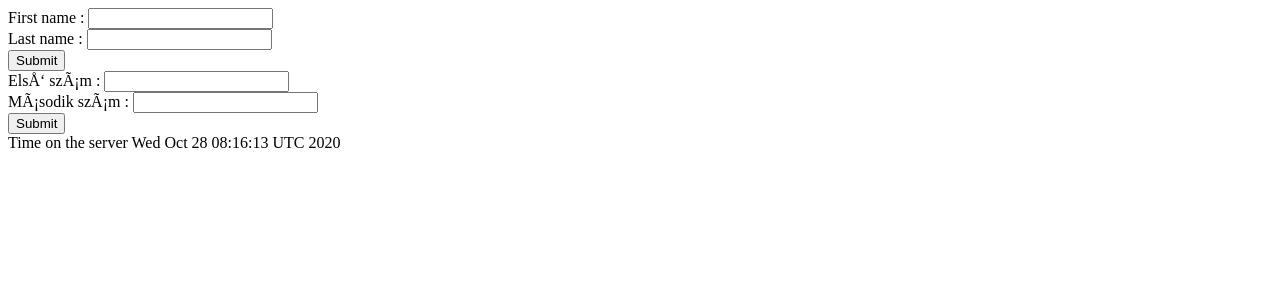
Repository: Gyepike/JSP
Page: http://localhost/JSPDemo/Student-form.jsp
The author's editor kept a copy of each file at every save. The page is drawn from the files as they stood at one save, then again after the next save.
The browser window is 1280 px wide. The pictures show the whole page.
The page is served by Tomcat 9. Other server files are loaded and not shown.

Above is the page before, as saved 2020-10-29 10:24:10.

### JSPDemo/WebContent/Student-form.jsp
<%@ page language="java" contentType="text/html "%>
<!DOCTYPE html>
<html>
<head>
<meta charset="utf-8">
<title>Insert title here</title>
</head>

  <body>
     <form action="Studentk" method="GET">
       First name : <input type="text" name="firstName">
       <br/>
       Last name : <input type="text" name="lastName">
       <br/>

       <input type="submit" value="Submit">
     </form>


     <form action="StudentServlet" method="GET">
       Első szám : <input type="text" name="firstNumber">
       <br/>
       Második szám : <input type="text" name="secondNumber">
       <br/>

       <input type="submit" value="Submit">
     </form>

     Time on the server <%= new java.util.Date() %>
  </body>
<html>

After the next save:
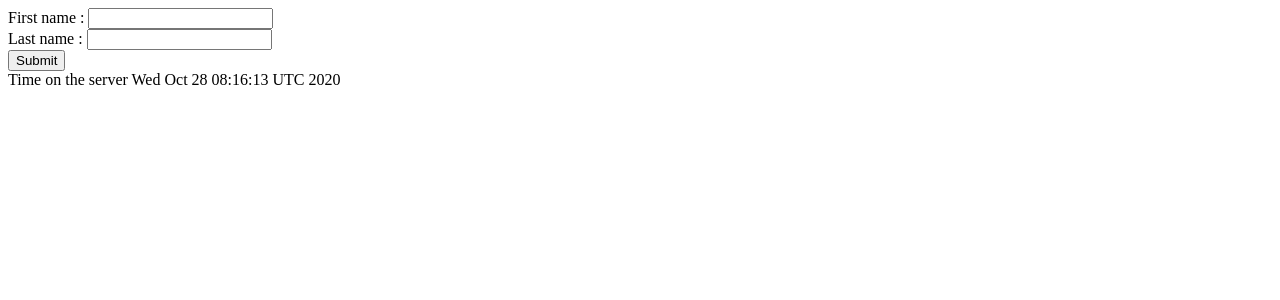
Saved 43 s later.
--- a/JSPDemo/WebContent/Student-form.jsp
+++ b/JSPDemo/WebContent/Student-form.jsp
@@ -17,14 +17,7 @@
      </form>
 
 
-     <form action="StudentServlet" method="GET">
-       Első szám : <input type="text" name="firstNumber">
-       <br/>
-       Második szám : <input type="text" name="secondNumber">
-       <br/>
 
-       <input type="submit" value="Submit">
-     </form>
 
      Time on the server <%= new java.util.Date() %>
   </body>
